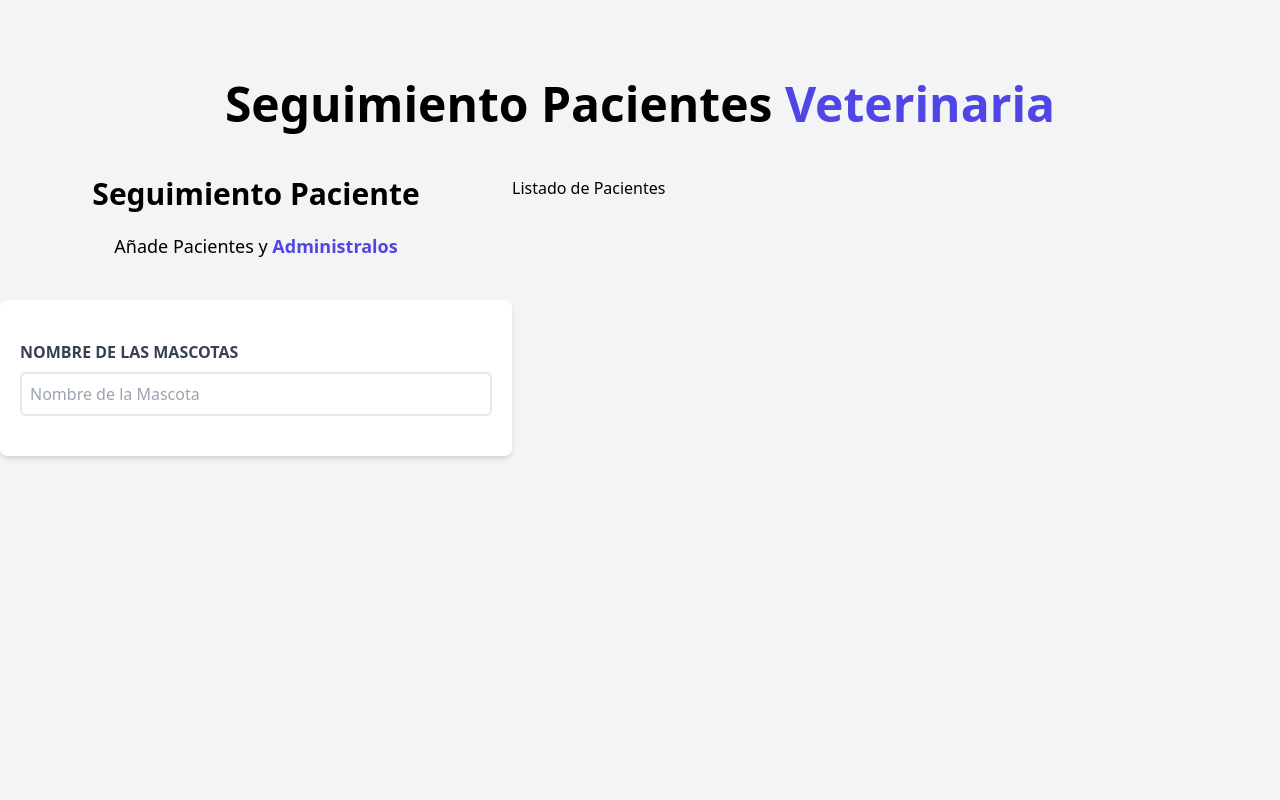
Repository: richardacb/citas_react_vite
Page: /
These files come from the project's save history. The page is drawn as it stood at one moment and after the next save; the edit follows.
The browser window is 1280 px wide. The pictures show the whole page.
The project was rebuilt for these pictures with package versions that can differ from the ones it lists, and the page was loaded fresh each time. Also part of the build but not shown: vite.config.js.

Above is the page before, as saved 2022-12-17 02:48:17.

### src/App.jsx
import { useState } from "react";
import Header from "./components/Header";
import Formulario from "./components/Formulario";
import ListadoPacientes from "./components/ListadoPacientes";

function App() {
  return (
    <div className="container mx-auto mt-20">
      <Header />
      <div className="mt-12 md:flex">
        <Formulario />
        <ListadoPacientes />
      </div>
    </div>
  );
}

export default App;

### src/components/Header.jsx
function Header() {
  return (
    <>
        <h1 className="font-black text-5xl text-center md:w-2/3 mx-auto">Seguimiento Pacientes {''}
         <span className="text-indigo-600">Veterinaria</span></h1>
    </>
  );
}

export default Header;

### src/components/Formulario.jsx
const Formulario = () => {
    return (
        <div className="md:w-1/2 lg:w-2/5">
            <h2 className="font-black text-3xl text-center">Seguimiento Paciente</h2>

            <p className="text-lg mt-5 text-center mb-10">
                Añade Pacientes y {''} <span className="text-indigo-600 font-bold">Administralos</span>
            </p>

            <form className="bg-white shadow-md rounded-lg py-10 px-5">
                <div>
                    <label  htmlFor="mascota" className="block text-gray-700 uppercase font-bold">
                        Nombre de las Mascotas
                    </label>
                    <input
                        id="mascota"
                        type="text"
                        placeholder="Nombre de la Mascota"
                        className="border-2 w-full p-2 mt-2 placeholder-gray-400 rounded-md"
                    />
                </div>
            </form>
        </div>
    )
}

export default Formulario;

### src/components/ListadoPacientes.jsx
const ListadoPacientes = () => {
  return (
    <div className="w-1/2 lg:w-3/5">
      <h2>Listado de Pacientes</h2>
    </div>
  );
};

export default ListadoPacientes;

Loaded but not shown: index.html (common file); src/main.jsx (common file); src/index.css (common file); tailwind.config.cjs (common file)

After the next save:
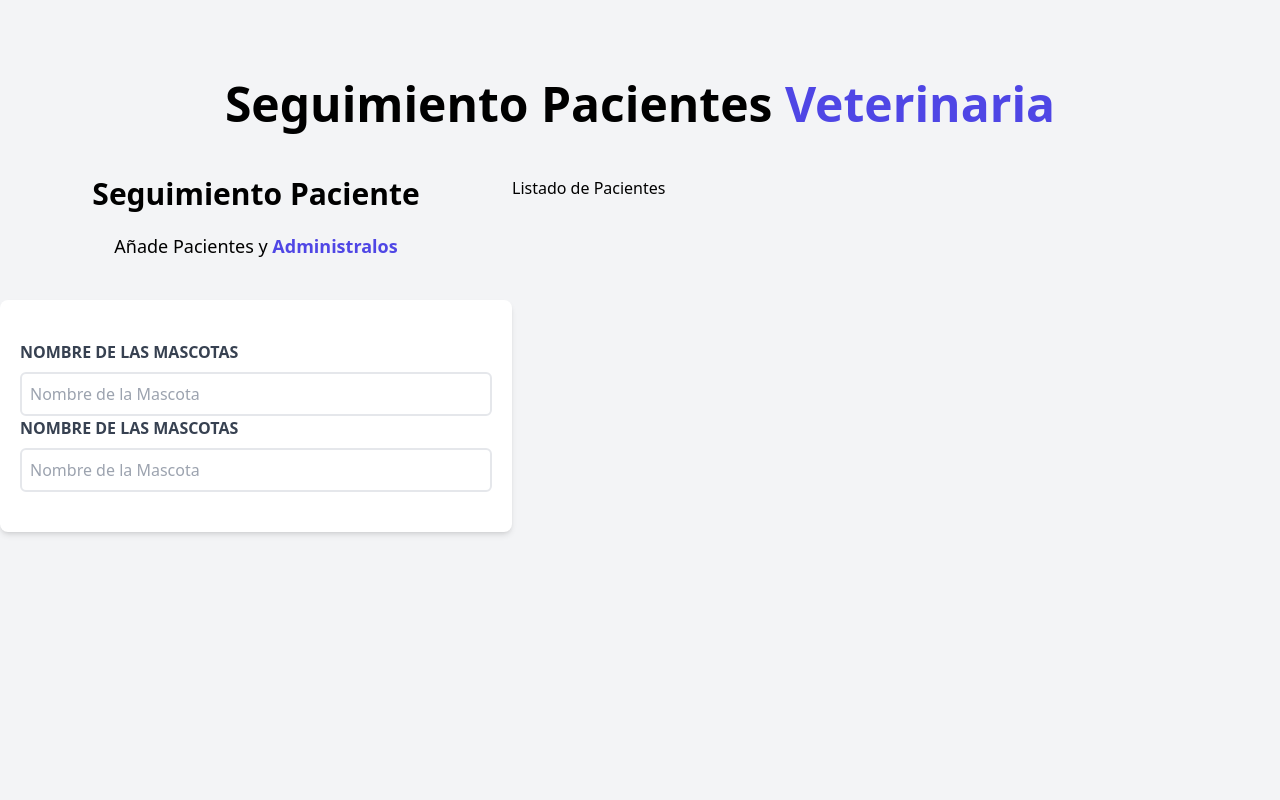
Saved 35 s later.
--- a/src/components/Formulario.jsx
+++ b/src/components/Formulario.jsx
@@ -19,6 +19,19 @@ const Formulario = () => {
                         className="border-2 w-full p-2 mt-2 placeholder-gray-400 rounded-md"
                     />
                 </div>
+
+                <div>
+                    <label  htmlFor="mascota" className="block text-gray-700 uppercase font-bold">
+                        Nombre de las Mascotas
+                    </label>
+                    <input
+                        id="mascota"
+                        type="text"
+                        placeholder="Nombre de la Mascota"
+                        className="border-2 w-full p-2 mt-2 placeholder-gray-400 rounded-md"
+                    />
+                </div>
+
             </form>
         </div>
     )
